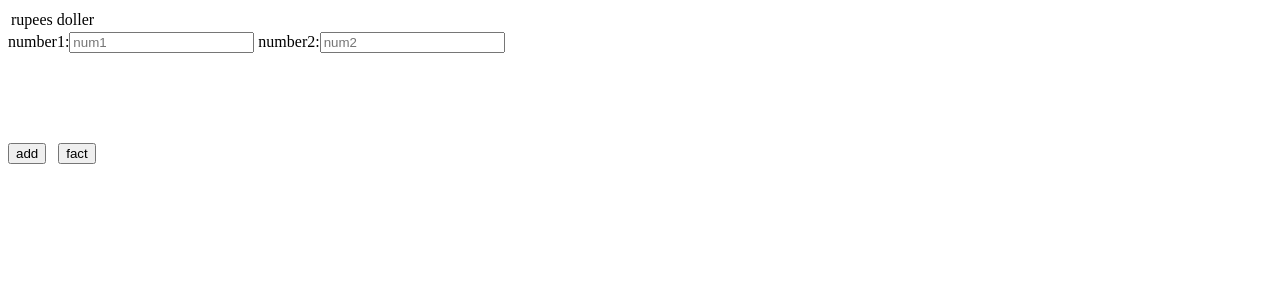
Repository: ravikumar0303/Advance-Java
Page: Factorial/src/main/webapp/factorial.html
These files come from the project's save history. The page is drawn as it stood at one moment and after the next save; the edit follows.
The browser window is 1280 px wide. The pictures show the whole page.

Above is the page before, as saved 2023-06-21 04:09:38.

### Factorial/src/main/webapp/factorial.html
<!DOCTYPE html>
<html>
<head>
<meta charset="ISO-8859-1">
<title>Insert title here</title>
</head>
<body>
<form action="cal" method="get">
<table>
<tr><td>rupees</td><td>doller</td></tr></table>
 number1:<input type="text" name="dollar" id="d1" placeholder="num1"></input>
 number2:<input type="text" name="inr" id="i1" placeholder="num2"></input>
  <br></br>  <br></br>  <br></br>
<button type="submit" id="dollar" name="btn" value="add">add</button>
 &nbsp;
<button type="submit" id="inr" name="btn" value="factorial">fact</button>
</form>
</body>
</html>

After the next save:
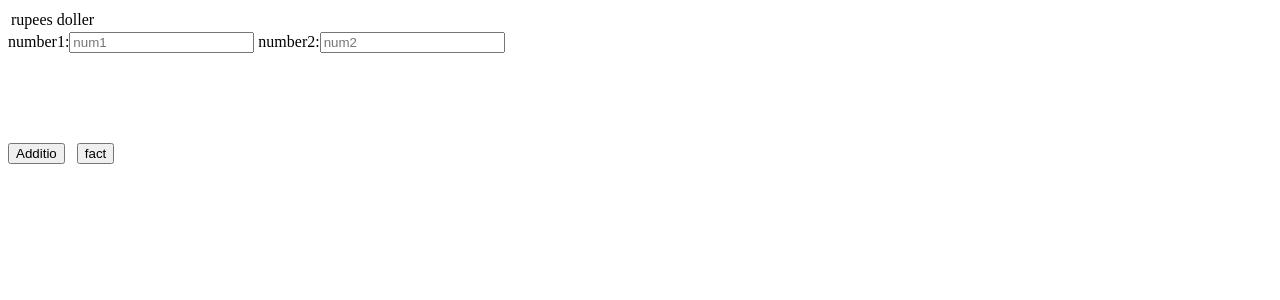
Saved 36 s later.
--- a/Factorial/src/main/webapp/factorial.html
+++ b/Factorial/src/main/webapp/factorial.html
@@ -11,7 +11,7 @@
  number1:<input type="text" name="dollar" id="d1" placeholder="num1"></input>
  number2:<input type="text" name="inr" id="i1" placeholder="num2"></input>
   <br></br>  <br></br>  <br></br>
-<button type="submit" id="dollar" name="btn" value="add">add</button>
+<button type="submit" id="dollar" name="btn" value="add">Additio</button>
  &nbsp;
 <button type="submit" id="inr" name="btn" value="factorial">fact</button>
 </form>
